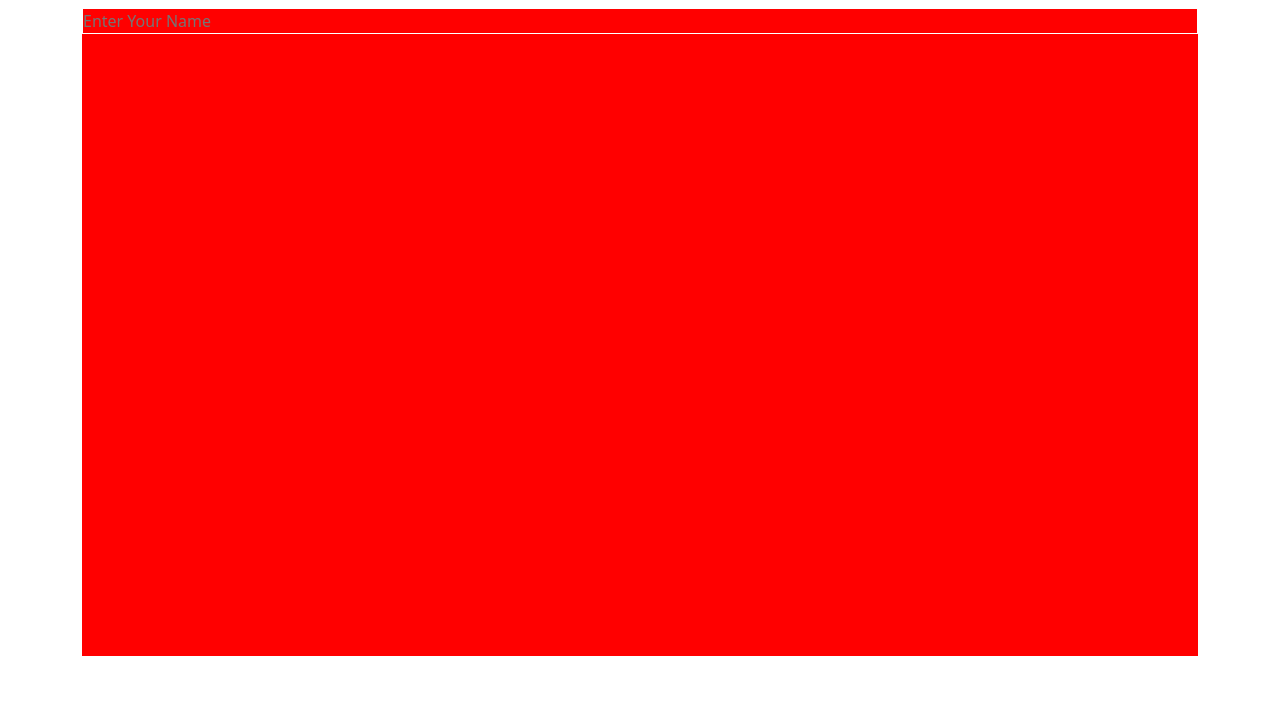
Repository: Haneef-Shaik/Greetings
Page: /
An editor plug-in stored every save of this project. The page is shown before and after a run of saves, followed by the edit.
The browser window is 1280 px wide. The pictures show the whole page.
The project was rebuilt for these pictures with package versions that can differ from the ones it lists, and the page was loaded fresh each time. The framework's server and built-in components were replaced by stand-ins that run in the browser. Also part of the build but not shown: next.config.js, styles/card.module.scss, components/card.js, styles/socialShare.module.scss, components/socialShare.js.

Above is the page before, as saved 2021-12-01 19:44:53.

After the next 3 saves:
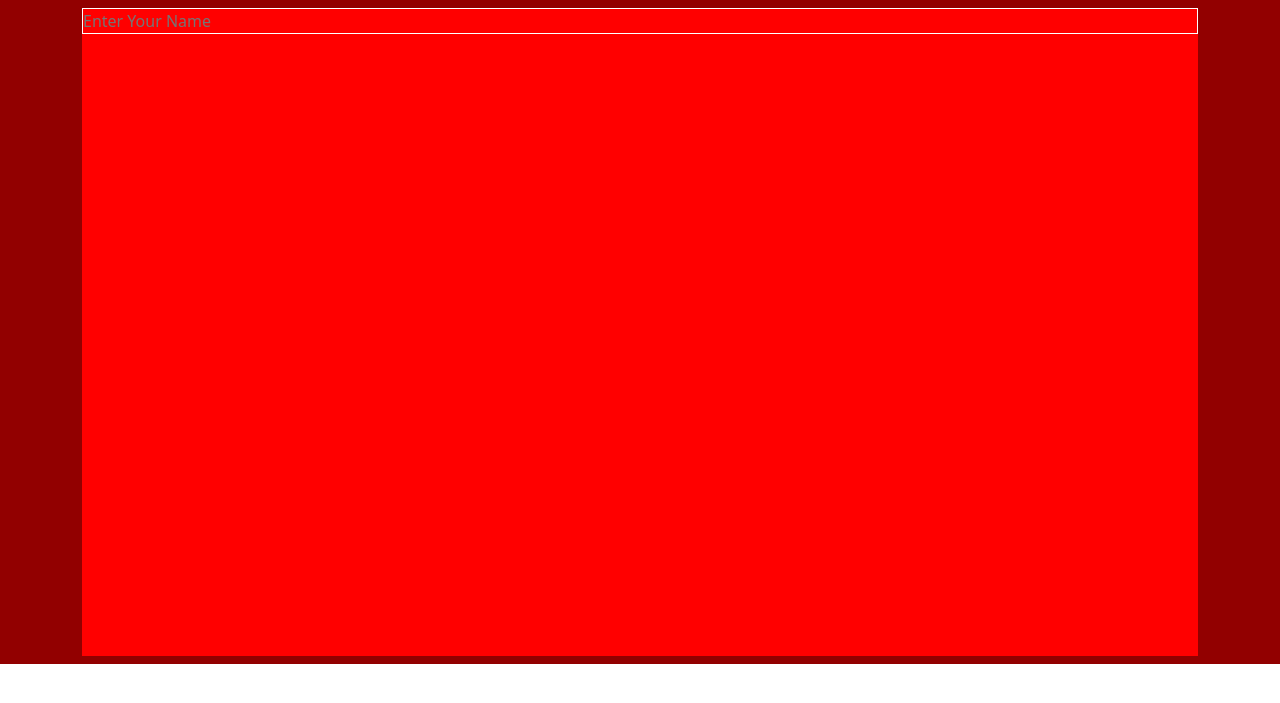
The 3 saves are shown as one change because 2 did not build or start.
The last was saved 23 min 7 s later.
--- a/components/form.js
+++ b/components/form.js
@@ -8,7 +8,7 @@ import IMAGE from 'next/image'
 
 function Edit() {
     return (
-        <div className="container-fluid p-2 " >
+        <div className="container-fluid p-2 "  style={{backgroundColor:'#920000'} }>
             <div className="container">
                 <div className="row">
                     <div className="col-12">
